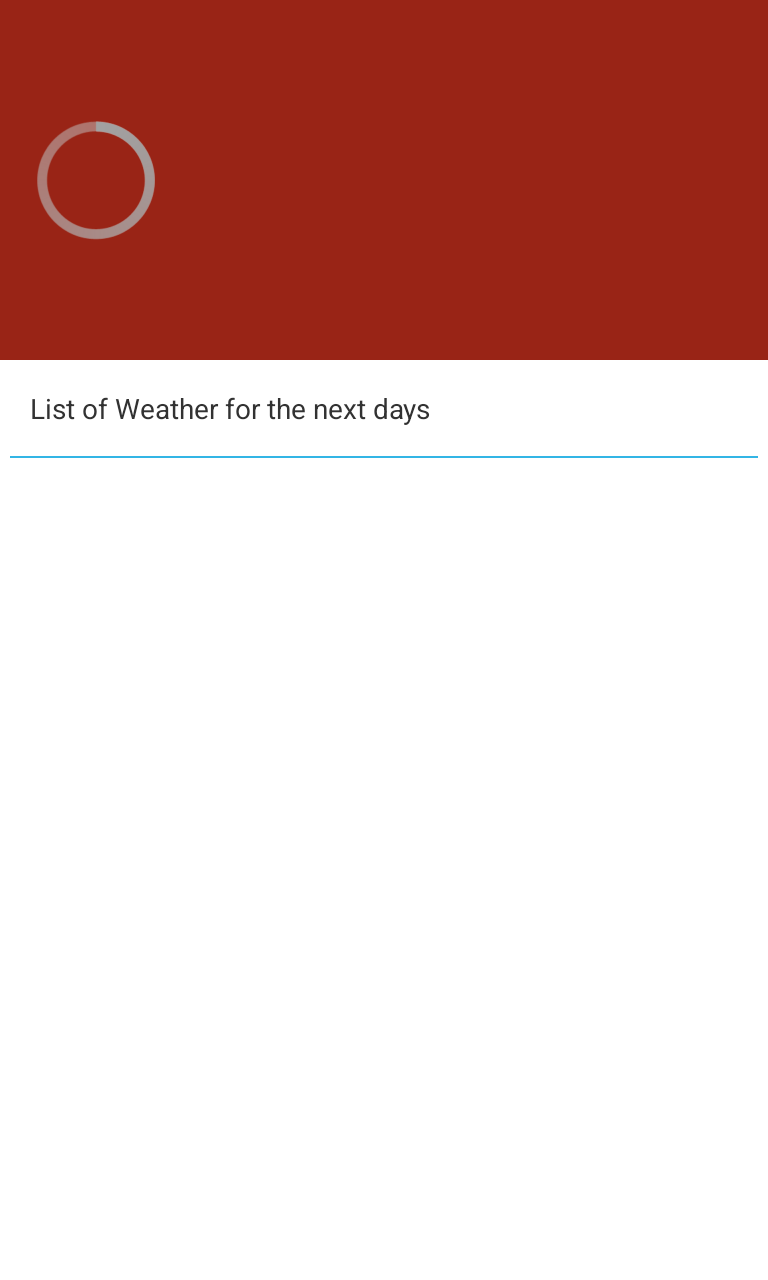
Repository: randhika/WeatherApp
Layout: WeatherApp/res/layout/home_fragment_layout.xml
An editor plug-in stored every save of this project. The layout is shown before and after a run of saves, followed by the edit.
It is drawn on a 768 x 1280 px phone screen (xhdpi) without system bars, with theme AppTheme; the app's code is not run. Lists and similar views that code fills are empty.

Above is the layout before, as saved 2014-05-03 08:01:15.

After the next 2 saves:
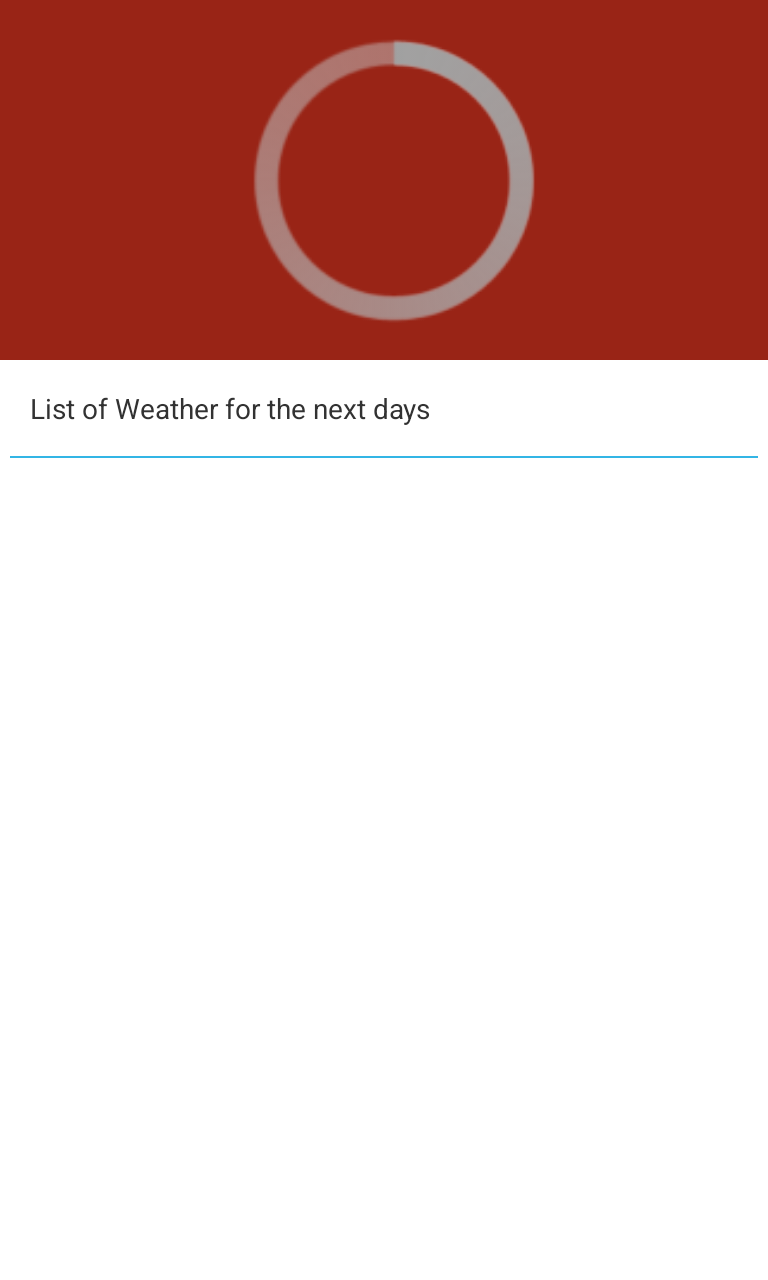
The 2 saves are shown as one change because they came seconds apart.
The last was saved 35 s later.
--- a/WeatherApp/res/layout/home_fragment_layout.xml
+++ b/WeatherApp/res/layout/home_fragment_layout.xml
@@ -23,8 +23,8 @@
         <ProgressBar
             android:id="@+id/progressBar1"
             style="?android:attr/progressBarStyleLarge"
-            android:layout_width="wrap_content"
-            android:layout_height="wrap_content" />
+            android:layout_width="fill_parent"
+            android:layout_height="fill_parent" />
 
         <TextView
             android:id="@+id/tv_weather_stat"
